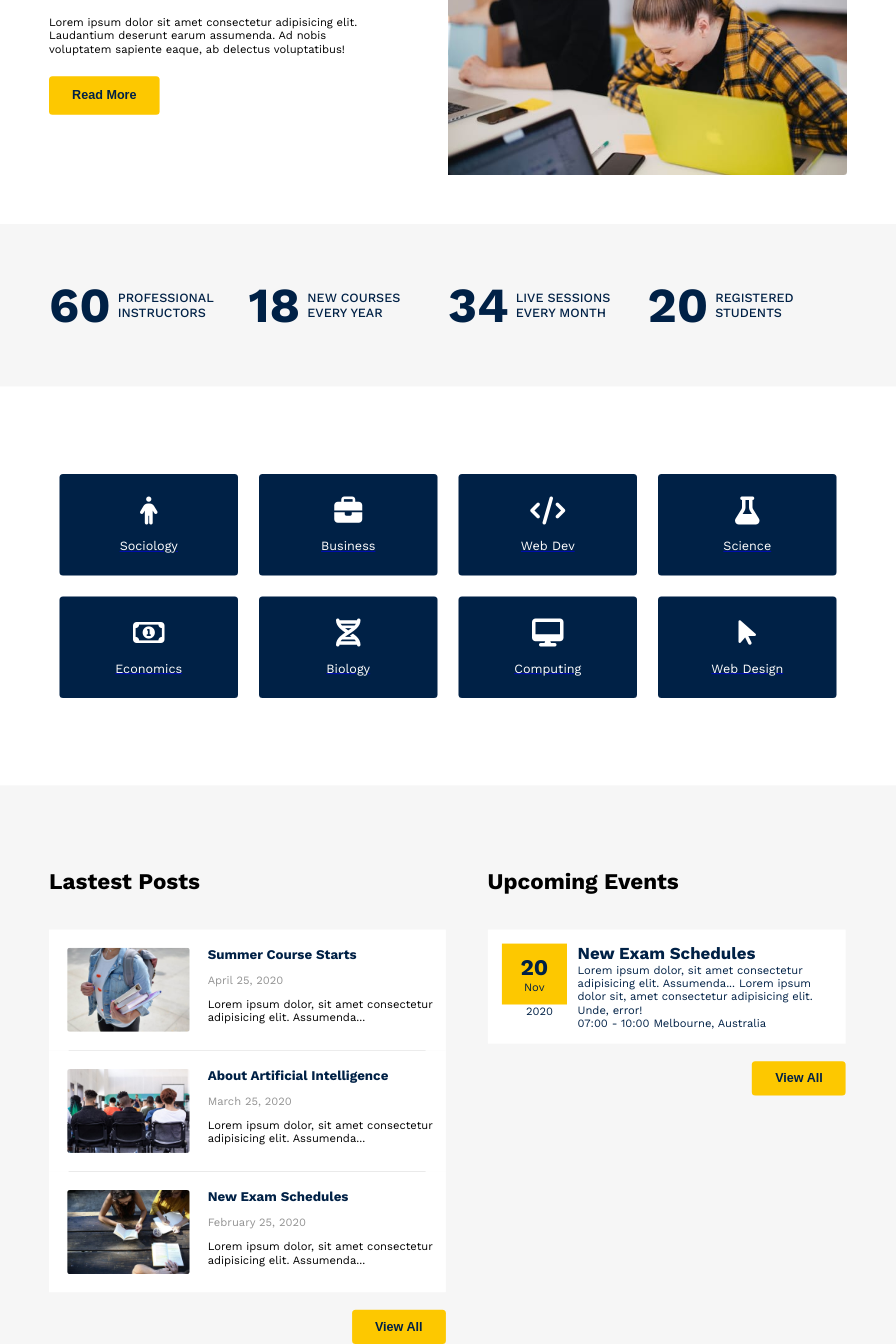
Repository: giahuy405/BC38__Mastery__Pham_Gia_Huy
Page: index.html
The author's editor kept a copy of each file at every save. The page is drawn from the files as they stood at one save, then again after a run of saves.
The browser window is 1280 px wide. The pictures show the part of the page from y = 910 to 2830 px (the page is 2830 px tall), at 70% of full size.

Above is the page before, as saved 2022-09-10 15:05:43.

After the next 2 saves:
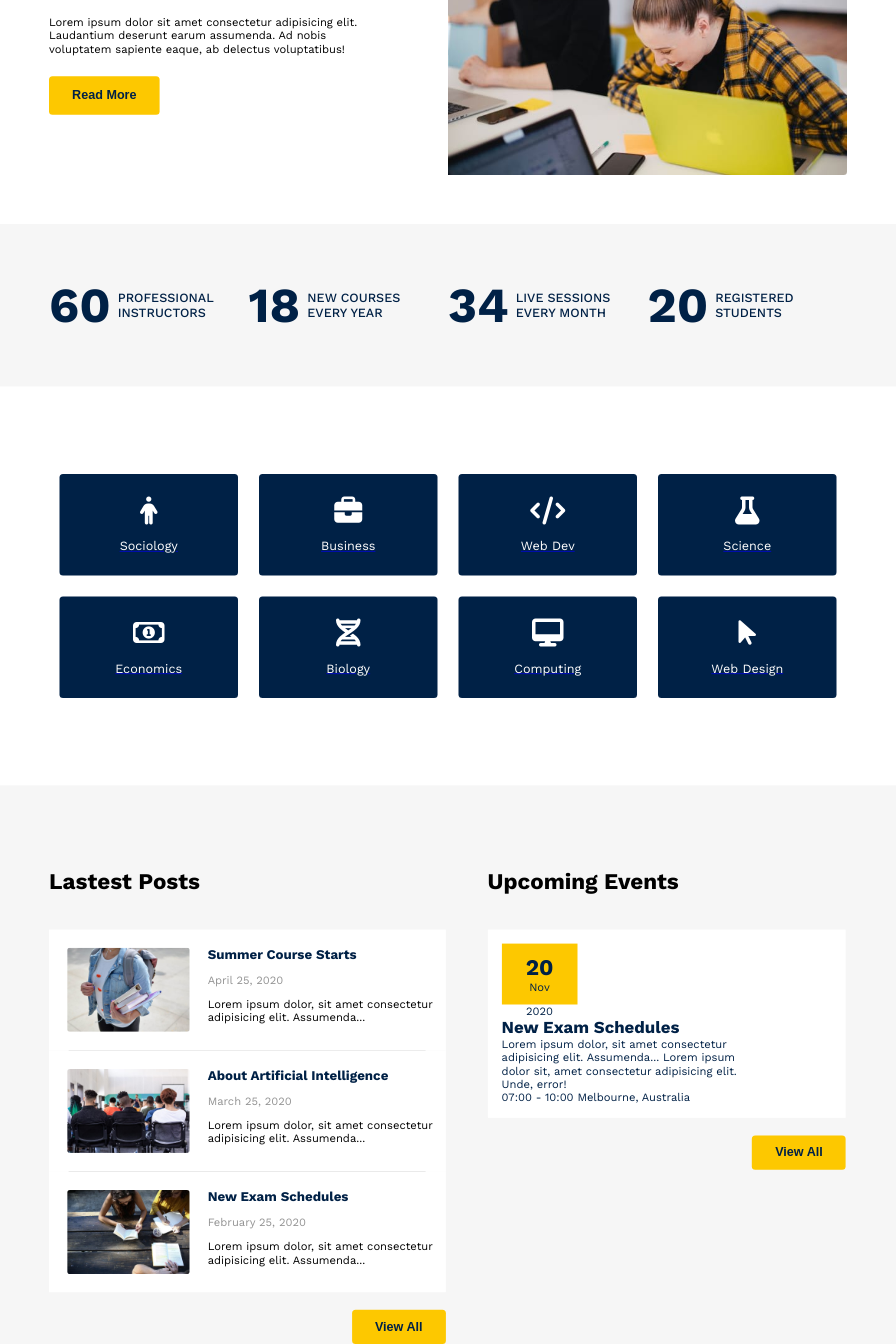
The 2 saves are shown as one change because they came seconds apart.
The last was saved 34 s later.
--- a/css/index.css
+++ b/css/index.css
@@ -279,7 +279,7 @@ height: 597px;
     float: left;
     width: 23%;
     text-align: center;
-
+    margin-right: 15px;
 }
 .upcoming-events__item{
     background-color: white;
@@ -291,7 +291,7 @@ height: 597px;
 }
 .upcoming-events__time--top{
     background-color: #fdc800;
-    margin-right: 15px;
+
     padding: 15px 10px;
 
 }
